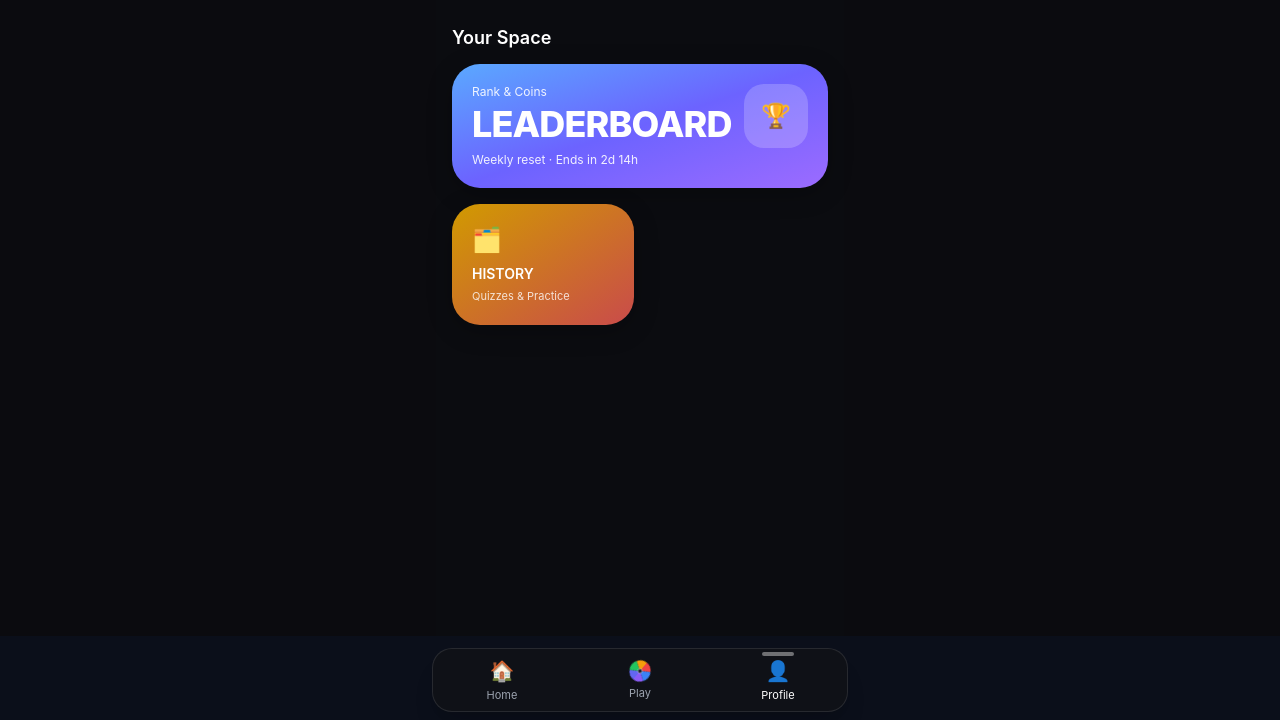
Repository: nirmaldas07/quizify-app
Page: /profile
The author's editor kept a copy of each file at every save. The page is drawn from the files as they stood at one save, then again after the next save.
The browser window is 1280 px wide. The pictures show the whole page.
The project was rebuilt for these pictures with package versions that can differ from the ones it lists, and the page was loaded fresh each time. Also part of the build but not shown: src/components/ConfirmStartSheet.jsx, src/components/CoinFly.jsx, src/components/Home.jsx, src/components/Play.jsx, src/components/Quiz.jsx, src/components/PartySpin.jsx, src/components/Profile/Screen.jsx, src/components/Profile/Leaderboard.jsx and 1 more.

Above is the page before, as saved 2025-08-25 14:25:49.

After the next save:
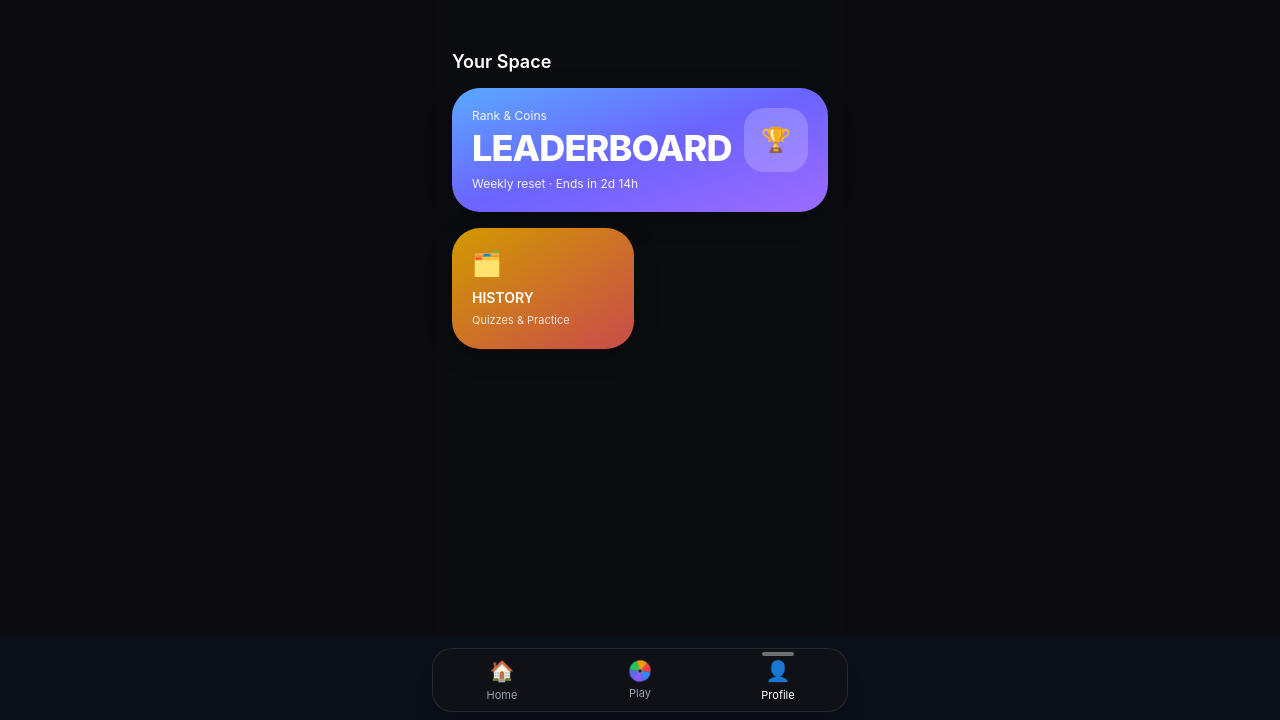
Saved 3 min 31 s later.
--- a/src/components/Profile/ProfileHome.jsx
+++ b/src/components/Profile/ProfileHome.jsx
@@ -9,7 +9,7 @@ export default function ProfileHome() {
 
 
   return (
-    <div className="min-h-full bg-[#0B0C10] text-white px-4 pt-6">
+    <div className="min-h-full bg-[#0B0C10] text-white px-4 pt-12">
       <h1 className="text-lg font-semibold mb-3">Your Space</h1>
 
       {/* HERO → Leaderboard */}
